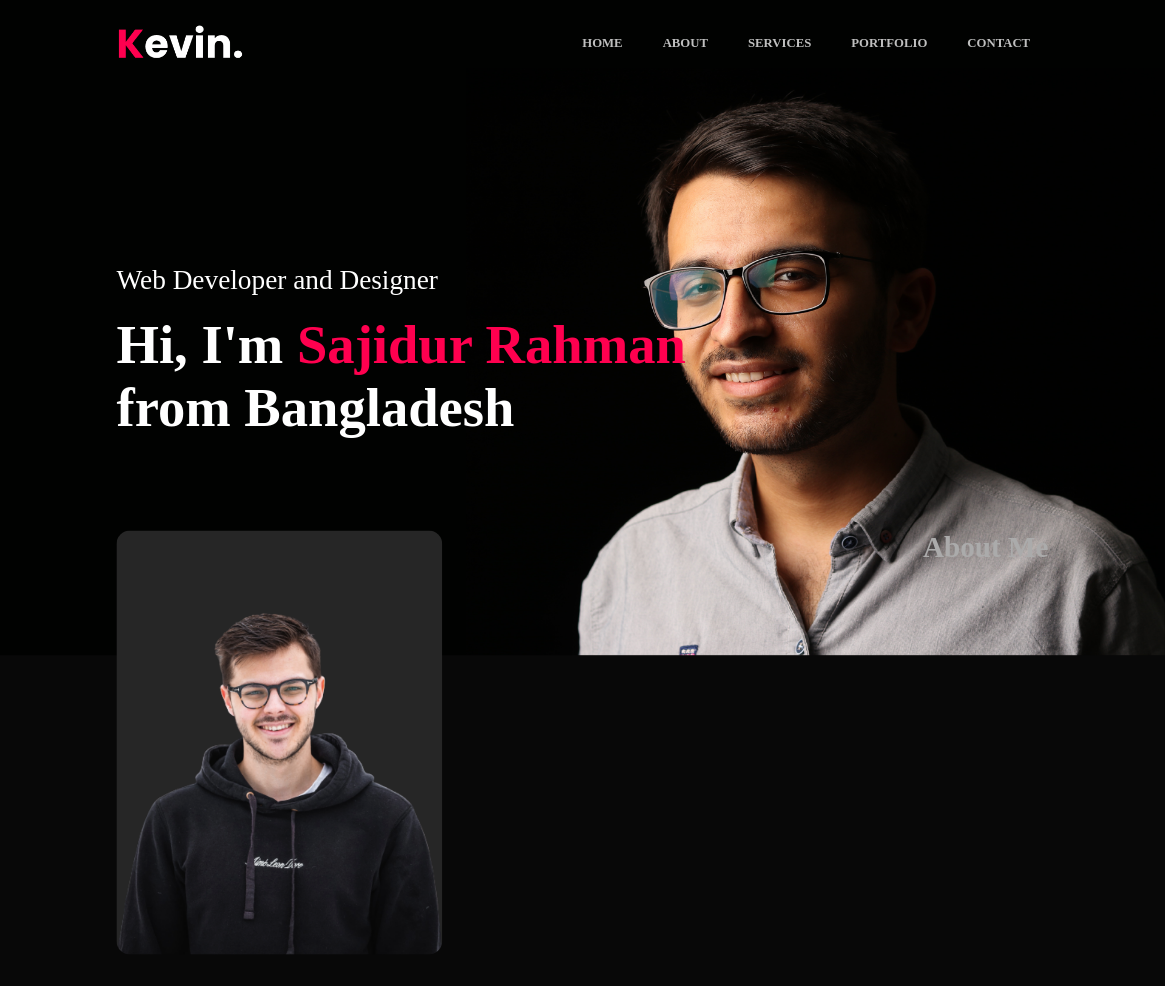
Repository: devsajid/Portfolio-website-with-HTML-CSS-JS
Page: index.html
These files come from the project's save history. The page is drawn as it stood at one moment and after the next save; the edit follows.
The browser window is 1280 px wide. The pictures show the whole page, at 91% of full size.

Above is the page before, as saved 2022-12-11 05:18:36.

### index.html
<!DOCTYPE html>
<html lang="en">
  <head>
    <meta charset="UTF-8" />
    <meta http-equiv="X-UA-Compatible" content="IE=edge" />
    <meta name="viewport" content="width=device-width, initial-scale=1.0" />
    <link rel="stylesheet" href="style.css" />
    <title>My Portfolio Website</title>
  </head>
  <body>
    <div id="header">
      <div class="container">
        <nav>
          <img src="images/logo.png" class="logo" alt="logo" />
          <ul>
            <li><a href="#" class="nav-link nav-link-ltr"> Home</a></li>
            <li><a href="#" class="nav-link nav-link-ltr"> About</a></li>
            <li><a href="#" class="nav-link nav-link-ltr"> Services</a></li>
            <li><a href="#" class="nav-link nav-link-ltr"> Portfolio</a></li>
            <li><a href="#" class="nav-link nav-link-ltr"> Contact</a></li>
          </ul>
        </nav>
        <div class="header-text">
          <p>Web Developer and Designer</p>
          <h1>
            Hi, I'm <span> Sajidur Rahman</span> <br />
            from Bangladesh
          </h1>
        </div>
      </div>
      <!-- About section -->
      <div id="about">
        <div class="container">
          <div class="row">
            <div class="about-col-1">
              <img src="images/user.png" alt="user" />
            </div>
            <div class="about-col-2"><h1>About Me</h1></div>
          </div>
        </div>
      </div>

  </body>
</html>

### style.css
* {
  margin: 0;
  padding: 0;
  font-family: sen-serif;
  box-sizing: border-box;
}
body {
  background: #080808;
  color: #fff;
}
#header {
  width: 100%;
  height: 100vh;
  background-image: url(images/background.png);
  background-size: cover;
  background-position: center;
}
.container {
  padding: 10px 10%;
}
nav {
  display: flex;
  align-items: center;
  justify-content: space-between;
  flex-wrap: wrap;
}
.logo {
  width: 140px;
}
nav ul li {
  display: inline-block;
  list-style: none;
  margin: 10px 20px;
}
.nav-link {
  font-weight: bold;
  font-size: 14px;
  text-transform: uppercase;
  text-decoration: none;
  color: #fff;
  padding: 20px 0px;

  display: inline-block;
  position: relative;
  opacity: 0.75;
}

.nav-link:hover {
  opacity: 1;
}

.nav-link::before {
  transition: 300ms;
  height: 5px;
  content: "";
  position: absolute;
  background-color: #ff004f;
}

.nav-link-ltr::before {
  width: 0%;
  bottom: 10px;
}

.nav-link-ltr:hover::before {
  width: 100%;
}
.header-text {
  margin-top: 20%;
  font-size: 30px;
}
.header-text h1 {
  font-size: 60px;
  margin-top: 20px;
}
.header-text h1 span {
  color: #ff004f;
}
/* About section */
#about {
  padding: 80px 0px 20px;
  color: #ababab;
}
.row {
  display: flex;
  justify-content: space-between;
  flex-wrap: wrap;
}
.about-col-1 {
  flex-basis: 35%;
}
.about-col-1 img {
  width: 100%;
  border-radius: 15px;
}

After the next save:
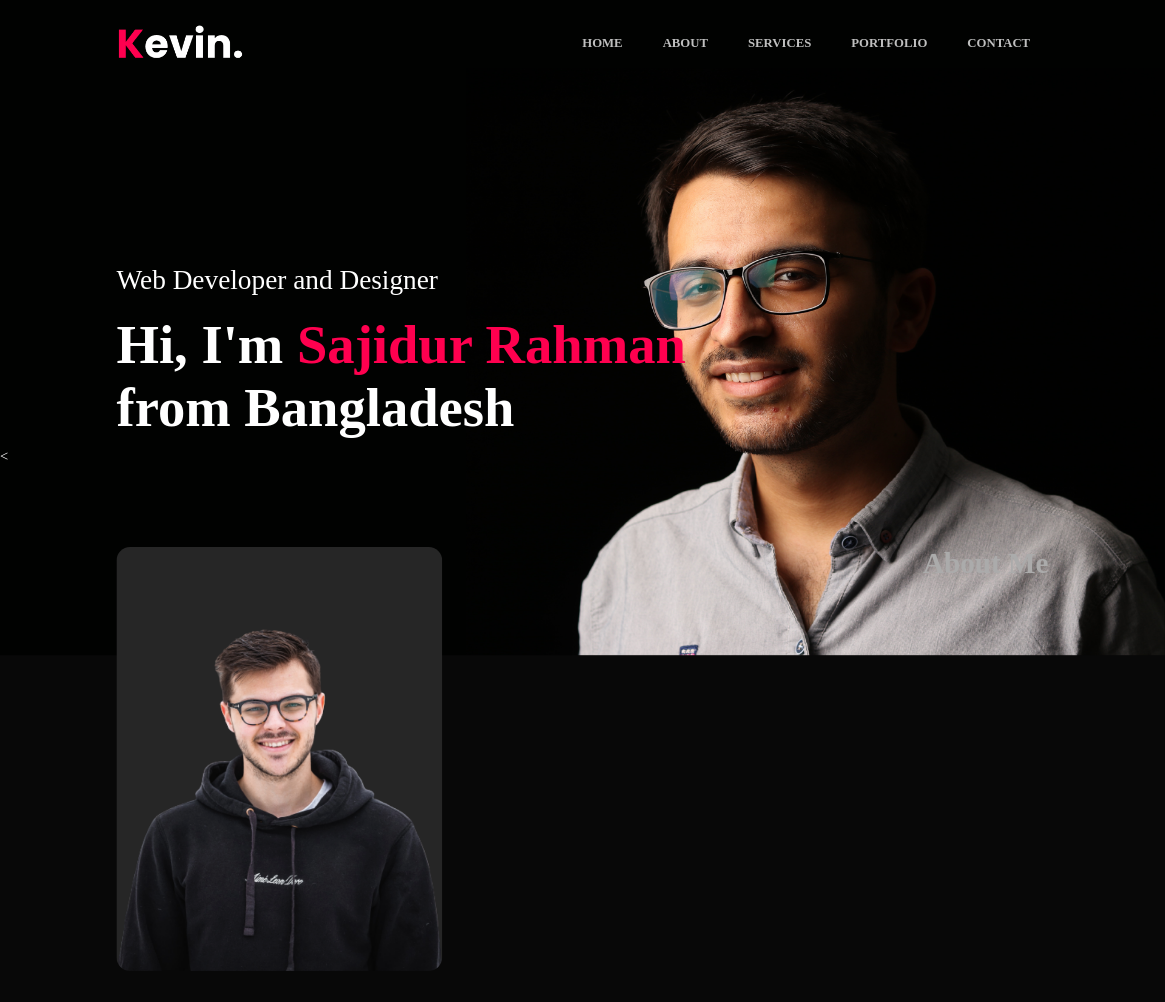
Saved 7 s later.
--- a/index.html
+++ b/index.html
@@ -27,7 +27,7 @@
             from Bangladesh
           </h1>
         </div>
-      </div>
+      </div><
       <!-- About section -->
       <div id="about">
         <div class="container">
